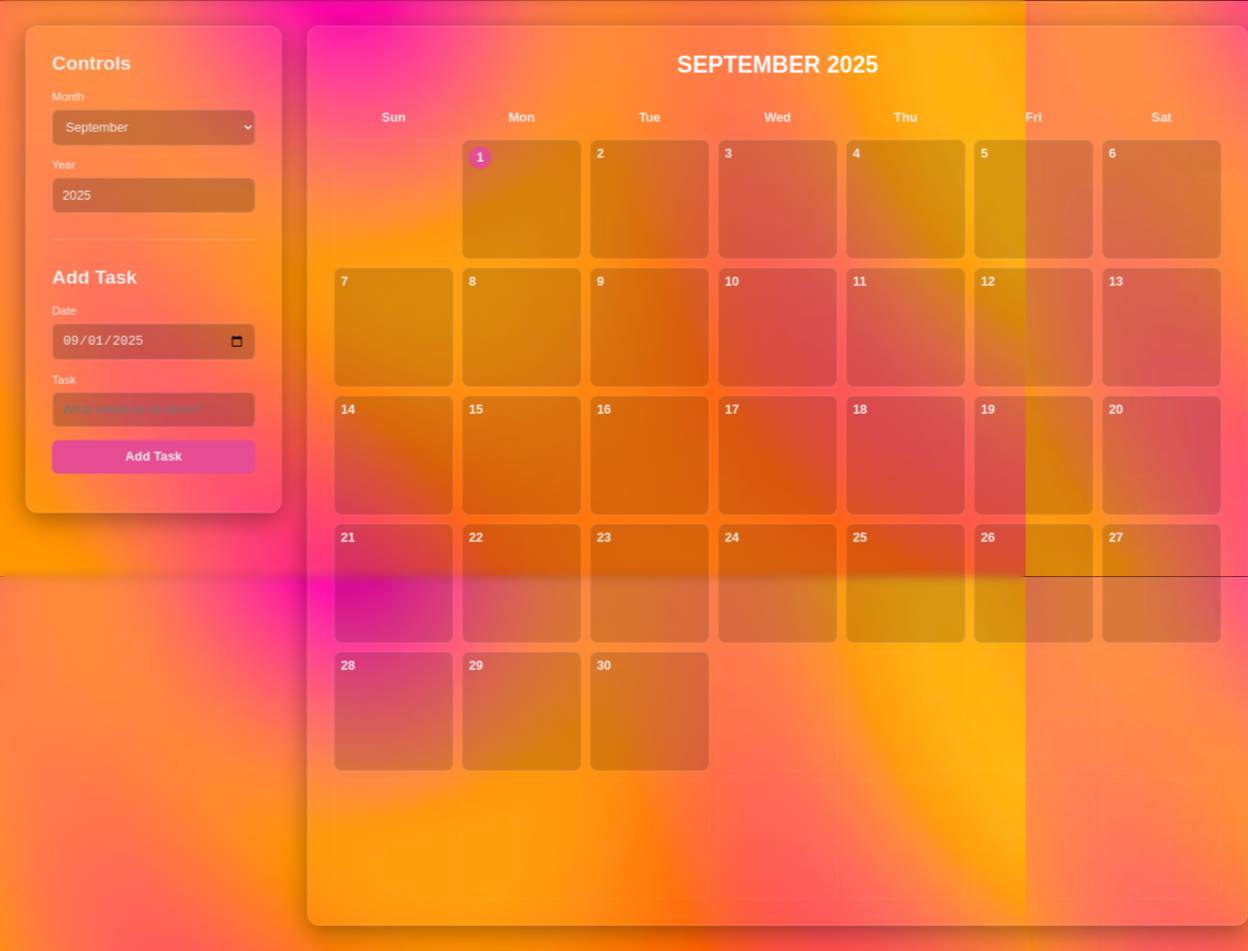
Repository: TanujaNair03/ToDo
Page: static/index.html
An editor plug-in stored every save of this project. The page is shown before and after the next save, followed by the edit.
The browser window is 1280 px wide. The page is 1560 px wide, then 1350 px, so the pictures cover 1560 px, including what lies to the right of the window. The pictures show the whole page, at 80% of full size.
The page's requests for data from a server got no answer. Backgrounds fixed to the window are drawn as part of the page.

Above is the page before, as saved 2025-09-01 16:15:39.

### static/index.html
<!DOCTYPE html>
<html lang="en">
<head>
    <meta charset="UTF-8">
    <meta name="viewport" content="width=device-width, initial-scale=1.0">
    <title>Aesthetic Calendar</title>
    <style>
        :root {
            --glass-bg: rgba(255, 255, 255, 0.05);
            --glass-border: rgba(255, 255, 255, 0.2);
            --text-color: #f0f0f0;
            --accent-primary: #e54c91; /* Pink */
            --accent-secondary: #ffc800; /* Yellow */
        }
        * {
            box-sizing: border-box;
        }

        body {
            font-family: 'Poppins', sans-serif;
            color: var(--text-color);
            margin: 0;
            padding: 2rem;
            min-height: 100vh;
            background-color: #1a1a2e; /* Fallback color */
            background-image: url('./static/aura.jpg'); /* Path to your image */
            background-repeat: no-repeat;
            background-attachment: fixed;
            background-size: cover;
            background-position: center;
            backdrop-filter: blur(5px);
            -webkit-backdrop-filter: blur(10px);
        }

        #app {
            display: flex;
            gap: 2rem;
            width: 100%;
            max-width: 1300px;
            margin: 0 auto;
            align-items: flex-start;
        }

        .glass-pane {
            background: var(--glass-bg);
            backdrop-filter: blur(20px);
            -webkit-backdrop-filter: blur(20px);
            border: 1px solid var(--glass-border);
            box-shadow: 0 8px 32px 0 rgba(0, 0, 0, 0.37);
            border-radius: 15px;
            padding: 2rem;
        }

        .sidebar {
            width: 320px;
            height: fit-content;
            flex-shrink: 0;
        }
        .sidebar h2 { margin-top: 0; color: var(--text-color); }
        .form-group { margin-bottom: 1rem; }
        .form-group label { display: block; margin-bottom: 0.5rem; font-size: 0.9rem; }
        .form-group input, .form-group select, .form-group button {
            width: 100%; padding: 0.75rem; border: 1px solid var(--glass-border);
            border-radius: 8px; background: rgba(0,0,0,0.2);
            color: var(--text-color); font-size: 1rem;
        }
        .form-group button {
            background: var(--accent-primary); cursor: pointer; font-weight: bold;
            transition: background 0.2s ease; border: none;
        }
        .form-group button:hover { background: var(--accent-secondary); color: #1a1a2e; }

        .calendar-container {
            flex-grow: 1;
        }
        .calendar-header { display: flex; justify-content: center; align-items: center; }
        .calendar-header h1 {
            font-size: 1.8rem;
            font-weight: bold;
            color: #ffffff;
            margin: 0;
            text-transform: uppercase;
        }
        .calendar-grid {
            display: grid;
            grid-template-columns: repeat(7, 1fr);
            gap: 10px;
            width: 100%;
            margin-top: 2rem;
            position: relative;
        }
        .day-header { text-align: center; font-weight: bold; color: var(--text-color); padding: 0.5rem 0; }

        .day-cell {
            height: 150px;
            width: 150px;
            overflow: hidden;
            padding: 8px;
            background: rgba(0, 0, 0, 0.15);
            border: 1px solid var(--glass-border);
            border-radius: 10px;
            transition: transform 0.3s ease, background 0.3s ease, height 0.3s ease;
            cursor: pointer;
            /* --- FIX 1 --- */
            /* Flexbox properties removed from here */
        }

        /* --- FIX 1 (CONTINUED) --- */
        /* This new rule targets the direct div inside .day-cell and makes IT the flex container. */
        /* This is necessary because of the v-if="day.date" wrapper div. */
        .day-cell > div {
            display: flex;
            flex-direction: column;
            height: 100%;
        }

        .day-cell:hover {
            transform: translateY(-5px);
            background: rgba(255, 255, 255, 0.1);
        }

        .day-cell.expanded {
            height: auto;
            min-height: 200px;
            max-height: 400px;
            background: rgba(40, 40, 60, 0.7);
            transform: scale(1.05);
            z-index: 10;
            box-shadow: 0 12px 40px rgba(0, 0, 0, 0.5);
            /* --- FIX 2 --- */
            /* Changed from 'visible' to 'hidden'. This forces the container to respect its */
            /* max-height and allows the child element's scrollbar to activate. */
            overflow: hidden;
        }

        .day-cell.other-month {
            background: transparent;
            opacity: 0.4;
            cursor: default;
        }
        .day-number { font-weight: bold; margin-bottom: 8px; }
        .day-number.today {
            background-color: var(--accent-primary); color: white;
            border-radius: 50%; width: 28px; height: 28px;
            display: flex; align-items: center; justify-content: center;
        }
        .task-list {
            list-style: none;
            padding: 0;
            font-size: 0.85rem;
            overflow-y: auto;
            flex-grow: 1;
        }
        .task-item { display: flex; align-items: center; margin-bottom: 4px; gap: 6px; }
        .task-item input[type="checkbox"] { flex-shrink: 0; }
        .task-item span.done { text-decoration: line-through; opacity: 0.6; }

        .task-item span {
            flex-grow: 1;
            overflow-wrap: break-word;
            word-break: normal;
        }
        .edit-input { width: 100%; background: #444; color: white; border: 1px solid var(--accent-primary); border-radius: 4px; padding: 2px; }
        .task-actions { cursor: pointer; margin-left: auto; display: flex; gap: 5px; }

        .more-tasks-indicator {
            font-size: 0.75rem;
            color: var(--accent-secondary);
            text-align: center;
            margin-top: auto;
            padding-top: 10px;
            font-style: italic;
        }
    </style>
</head>
<body>

<div id="app">
    <div class="sidebar glass-pane">
        <h2>Controls</h2>
        <div class="form-group">
            <label for="month">Month</label>
            <select id="month" v-model="selectedMonth">
                <option v-for="(month, index) in months" :value="index + 1">{{ month }}</option>
            </select>
        </div>
        <div class="form-group">
            <label for="year">Year</label>
            <input type="number" id="year" v-model="selectedYear">
        </div>
        <hr style="border-color: rgba(255,255,255,0.2); margin: 2rem 0;">
        <h2>Add Task</h2>
        <form @submit.prevent="addTask">
            <div class="form-group">
                <label for="taskDate">Date</label>
                <input type="date" id="taskDate" v-model="newTask.date" required>
            </div>
            <div class="form-group">
                <label for="taskDesc">Task</label>
                <input type="text" id="taskDesc" v-model="newTask.task" placeholder="What needs to be done?" required>
            </div>
            <div class="form-group">
                <button type="submit">Add Task</button>
            </div>
        </form>
    </div>
    <div class="calendar-container glass-pane">
        <div class="calendar-header">
            <h1>{{ monthName }} {{ selectedYear }}</h1>
        </div>
        <div class="calendar-grid">
            <div class="day-header" v-for="day in dayNames">{{ day }}</div>
            <div v-for="day in calendarDays"
                 class="day-cell"
                 :class="{'other-month': !day.isCurrentMonth, 'expanded': day.dateStr === expandedDateStr}"
                 @click="toggleExpandDay(day.dateStr)">
                <div v-if="day.date">
                    <div class="day-number" :class="{'today': day.isToday}">{{ day.date.getDate() }}</div>
                    <ul class="task-list" @click.stop>
                        <li v-for="(task, index) in day.tasks" class="task-item">
                            <template v-if="editingDate === day.dateStr && editingIndex === index">
                                <input type="text" v-model="editingText" @keyup.enter="saveEdit" @keyup.esc="cancelEditing" class="edit-input" v-focus>
                                <div class="task-actions">
                                    <span @click="saveEdit">✔️</span>
                                    <span @click="cancelEditing">❌</span>
                                </div>
                            </template>
                            <template v-else>
                                <input type="checkbox" :checked="task.done" @change="updateTaskStatus(day.dateStr, index, $event.target.checked)">
                                <span :class="{'done': task.done}">{{ task.task }}</span>
                                <div class="task-actions">
                                    <span @click="startEditing(day.dateStr, index, task.task)">✏️</span>
                                    <span @click="deleteTask(day.dateStr, index)">🗑️</span>
                                </div>
                            </template>
                        </li>
                    </ul>
                    <div v-if="day.tasks.length > 2 && day.dateStr !== expandedDateStr" class="more-tasks-indicator">
                        + {{ day.tasks.length - 2 }} more
                    </div>
                </div>
            </div>
        </div>
    </div>
</div>
<script src="https://unpkg.com/vue@3/dist/vue.global.js"></script>
<script>
    const { createApp, ref, computed, onMounted } = Vue;
    const focusDirective = { mounted(el) { el.focus(); } };
    createApp({
        directives: { focus: focusDirective },
        setup() {
            const today = new Date();
            const selectedMonth = ref(today.getMonth() + 1);
            const selectedYear = ref(today.getFullYear());
            const tasks = ref({});
            const newTask = ref({ date: today.toISOString().split('T')[0], task: '' });
            const editingDate = ref(null);
            const editingIndex = ref(null);
            const editingText = ref('');
            const months = ["January", "February", "March", "April", "May", "June", "July", "August", "September", "October", "November", "December"];
            const dayNames = ["Sun", "Mon", "Tue", "Wed", "Thu", "Fri", "Sat"];
            const API_URL = 'http://127.0.0.1:5000/api';
            const expandedDateStr = ref(null);
            const monthName = computed(() => months[selectedMonth.value - 1]);
            const calendarDays = computed(() => {
                const year = selectedYear.value;
                const month = selectedMonth.value - 1;
                const firstDayOfMonth = new Date(year, month, 1).getDay();
                const daysInMonth = new Date(year, month + 1, 0).getDate();
                const daysArray = [];
                let dayCounter = 1;
                for (let i = 0; i < 42; i++) {
                    if (i >= firstDayOfMonth && dayCounter <= daysInMonth) {
                        const dateObj = new Date(year, month, dayCounter);
                        const y = dateObj.getFullYear();
                        const m = String(dateObj.getMonth() + 1).padStart(2, '0');
                        const d = String(dateObj.getDate()).padStart(2, '0');
                        const dateStr = `${y}-${m}-${d}`;
                        daysArray.push({
                            date: dateObj,
                            dateStr: dateStr,
                            isCurrentMonth: true,
                            isToday: dateStr === today.toISOString().split('T')[0],
                            tasks: tasks.value[dateStr] || []
                        });
                        dayCounter++;
                    } else {
                        daysArray.push({ date: null, isCurrentMonth: false, tasks: [] });
                    }
                }
                return daysArray;
            });
            const toggleExpandDay = (dateStr) => {
                if (!dateStr) return;
                if (expandedDateStr.value === dateStr) {
                    expandedDateStr.value = null;
                } else {
                    expandedDateStr.value = dateStr;
                }
            };
            const fetchTasks = async () => {
                const response = await fetch(`${API_URL}/tasks`);
                tasks.value = await response.json();
            };
            const addTask = async () => {
                await fetch(`${API_URL}/tasks`, {
                    method: 'POST',
                    headers: { 'Content-Type': 'application/json' },
                    body: JSON.stringify(newTask.value)
                });
                newTask.value.task = '';
                fetchTasks();
            };
            const updateTaskStatus = async (dateStr, taskIndex, isDone) => {
                await fetch(`${API_URL}/tasks/update`, {
                    method: 'PUT',
                    headers: { 'Content-Type': 'application/json' },
                    body: JSON.stringify({ date: dateStr, taskIndex: taskIndex, done: isDone })
                });
                fetchTasks();
            };
            const startEditing = (dateStr, index, currentText) => {
                editingDate.value = dateStr;
                editingIndex.value = index;
                editingText.value = currentText;
            };
            const cancelEditing = () => {
                editingDate.value = null;
                editingIndex.value = null;
                editingText.value = '';
            };
            const saveEdit = async () => {
                if (!editingText.value.trim()) return;
                await fetch(`${API_URL}/tasks/edit`, {
                    method: 'PUT',
                    headers: { 'Content-Type': 'application/json' },
                    body: JSON.stringify({
                        date: editingDate.value,
                        taskIndex: editingIndex.value,
                        newTaskText: editingText.value
                    })
                });
                cancelEditing();
                fetchTasks();
            };
            const deleteTask = async (dateStr, taskIndex) => {
                if (window.confirm("Are you sure you want to delete this task?")) {
                    await fetch(`${API_URL}/tasks/${dateStr}/${taskIndex}`, { method: 'DELETE' });
                    fetchTasks();
                }
            };
            onMounted(fetchTasks);
            return {
                selectedMonth,
                selectedYear,
                months,
                dayNames,
                monthName,
                calendarDays,
                newTask,
                addTask,
                updateTaskStatus,
                editingDate,
                editingIndex,
                editingText,
                startEditing,
                cancelEditing,
                saveEdit,
                deleteTask,
                expandedDateStr,
                toggleExpandDay,
            };
        }
    }).mount('#app');
</script>
</body>
</html>

After the next save:
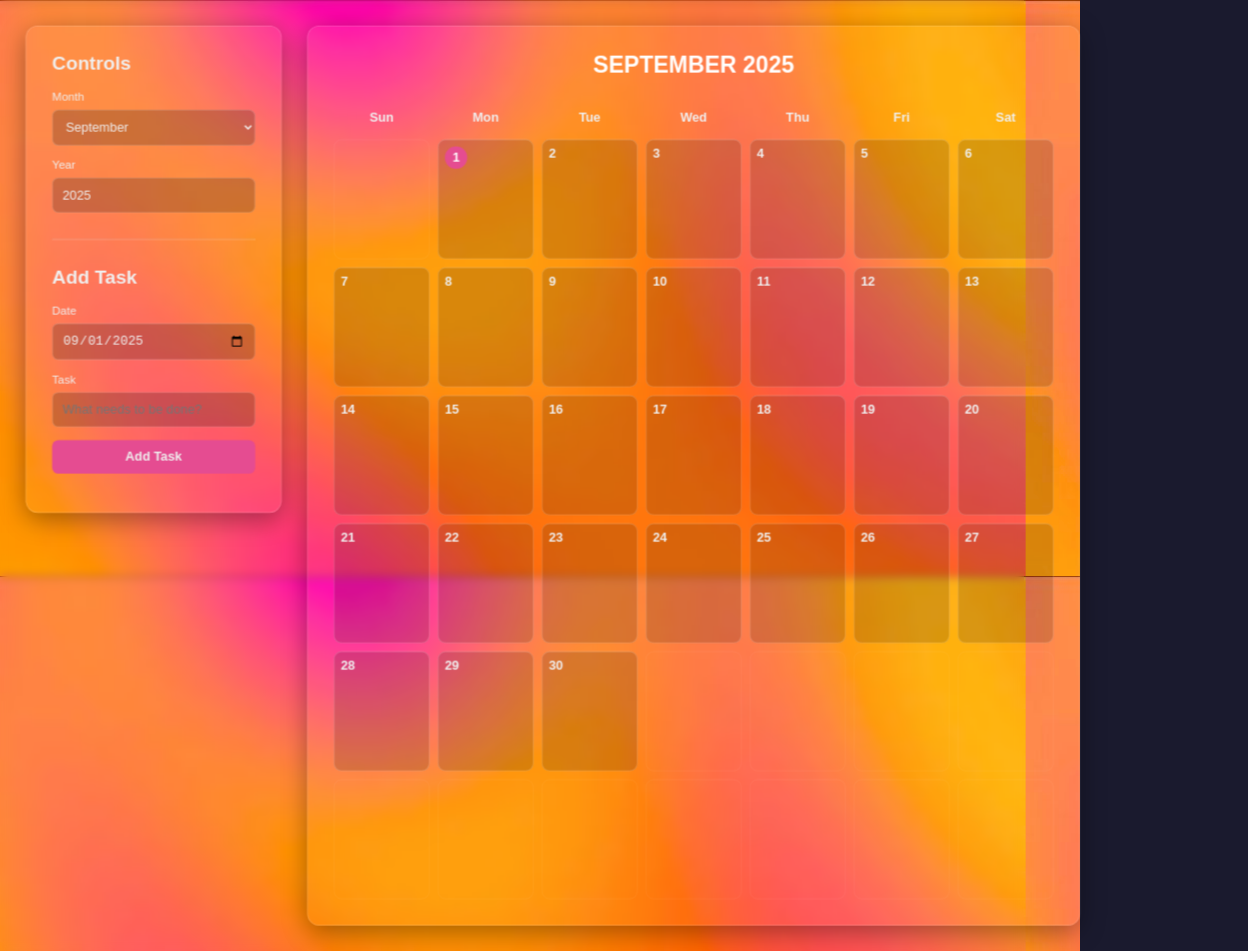
Saved 18 s later.
--- a/static/index.html
+++ b/static/index.html
@@ -93,7 +93,7 @@
 
         .day-cell {
             height: 150px;
-            width: 150px;
+            width: 120px;
             overflow: hidden;
             padding: 8px;
             background: rgba(0, 0, 0, 0.15);
